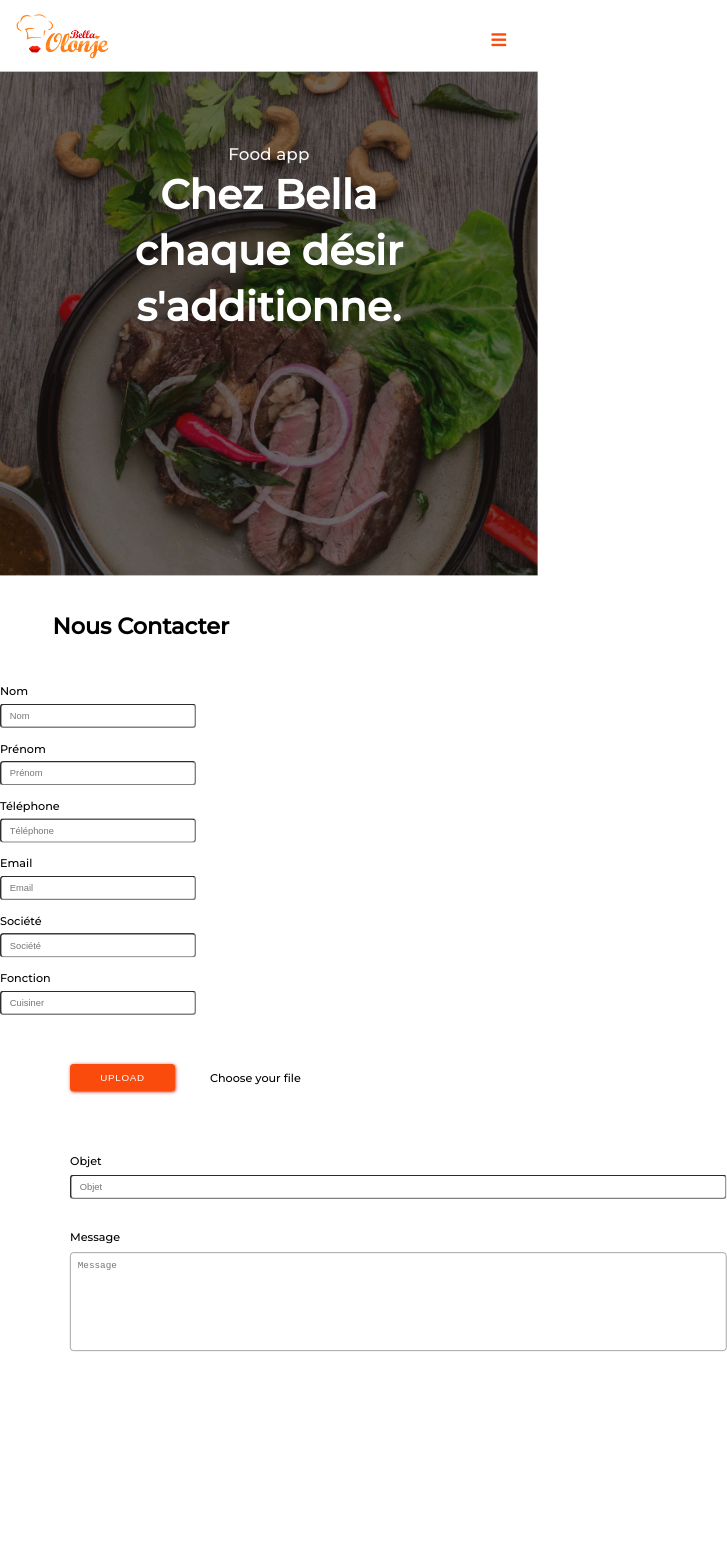
Repository: sisilass31/bella-olonje
Page: html/contact.html
The author's editor kept a copy of each file at every save. The page is drawn from the files as they stood at one save, then again after a run of saves.
The browser window is 768 px wide. The page is 1038 px wide, so the pictures cover 1038 px, including what lies to the right of the window. The pictures show the part of the page from y = 0 to 2240 px (the page is 2603 px tall), at 70% of full size.
Pictures or frames that could not be fetched are drawn as grey boxes. Some web libraries are served in a nearby version.

Above is the page before, as saved 2023-02-15 10:13:56.

### html/contact.html
<!DOCTYPE html>
<html lang="fr">

<head>
    <meta charset="UTF-8">
    <meta http-equiv="X-UA-Compatible" content="IE=edge">
    <meta name="viewport" content="width=device-width, initial-scale=1.0">
    <link rel="stylesheet" href="https://pro.fontawesome.com/releases/v5.10.0/css/all.css">
    <script src="https://www.google.com/recaptcha/api.js" async defer></script>
    <link rel="stylesheet" href="../css/contact.css">
    <title>Contact</title>
</head>

<body>
    <header>
        <nav>
            <ul class='nav-bar'>
                <li class='logo'><a href='#'><img src="../img/logo.png"alt="jsp"></a></li>
                <div><input type='checkbox' id="check"></div>
                <span class="menu">
                  <li><a href="acceuil.html" class="nav-link">Home</a></li>
                  <li><a href="#pizza" class="nav-link">Pizzas</a></li>
                  <li><a href="#burger" class="nav-link">Burgers</a></li>
                  <li><a href="#salades" class="nav-link">Salades</a></li>
                  <li><a href="index3.html" class="nav-link">Contact</a></li>
                  <label for="check" class="close-menu"><i class="fas fa-times"></i></label>
                </span>
                <label for="check" class="open-menu"><i class="fas fa-bars"></i></label>
            </ul>
        </nav>
        <div class="food_app">
            <div class="title_food_app">
                <h3>Food app</h3>
                <strong>Chez Bella <br>chaque désir s'additionne.</strong>
            </div>
        </div>
    </header>
    <main>
        <div class="infos" id="form-infos">
            <form>
              <h1>Nous Contacter</h1>

                <div class="grp_infos">
                    <div class="nom_prenom">
                        <div class="label1">
                            <label class="label_nom">Nom</label><br>
                            <input type="text" placeholder="Nom">
                        </div>
                        <div class="label1">
                            <label class="label_nom">Prénom</label><br>
                            <input type="text" placeholder="Prénom">
                        </div>
                    </div>
                </div>

                <div class="telephone_email">
                  <div class="label1">
                    <label class="label_nom">Téléphone</label><br>
                    <input type="text" placeholder="Téléphone">
                  </div>
                  <div class="label1">
                    <label class="label_nom">Email</label><br>
                    <input type="text" placeholder="Email">
                  </div>
                </div>

                <div class="société_fonction">
                    <div class="label1">
                      <label class="label_nom">Société</label><br>
                      <input type="text" placeholder="Société">
                    </div>
                    <div class="label1">
                      <label class="label_nom">Fonction</label><br>
                      <input type="text" placeholder="Cuisiner">
                    </div>
                </div>


                <div class="chose">
                    <div class="div_button">
                        <button class="button" type="button">UPLOAD</button>
                        <p>Choose your file</p>
                    </div>
                </div>

                <div>
                    <div class="g-recaptcha" data-sitekey="6Lc_nVgkAAAAANUqv4ltSxulUPFWVLdaBJeZfWuV"></div>
                </div>

                <div class="grp_choose">
                    <div class="choose_message">
                        <div class="label_choose">
                            <label>Objet</label><br>
                            <input type="text" placeholder="Objet">
                        </div>
                        <div class="label_message">
                            <label>Message</label><br>
                            <textarea placeholder="Message"></textarea>
                        </div>
                    </div>
                </div>
                <div class="map">
                    <iframe
                        src="https://www.google.com/maps/embed?pb=!1m14!1m8!1m3!1d6802.520331314847!2d2.4286389989125756!3d48.78576307783899!3m2!1i1024!2i768!4f13.1!3m3!1m2!1s0x47e67344bd2d57f1%3A0x2a84a845271b523a!2sAFPA!5e0!3m2!1sfr!2sfr!4v1674599977215!5m2!1sfr!2sfr"
                        width="800" height="400" style="border: 1px;;" allowfullscreen="" loading="lazy"
                        referrerpolicy="no-referrer-when-downgrade">
                    </iframe>
                </div>

                <div class="div_button2"><button class="button2" type="button">Envoyer</button></div>
            </form>
        </div>

    </main>
</body>

### css/contact.css
@import url('https://fonts.googleapis.com/css2?family=Montserrat:wght@100;200;500&display=swap');

* {
    margin: 0px;
    padding: 0px;
    scroll-behavior: smooth;
    box-sizing: border-box;
}

html,
body {
    font-family: Montserrat, sans-serif;
    background-size: cover;
    background-position: center;
    height: 100vh;
    background-repeat: no-repeat;
    scroll-behavior: smooth;
}

/*navbar*/
.nav-bar {
    width: 100%;
    display: flex;
    justify-content: space-between;
    align-items: center;
    list-style: none;
    position: relative;
    background-color: #FFF;
    padding: 12px 20px;
}

.logo img {
    width: 150px;
}

.menu {
    display: flex;
}

.menu li {
    padding-left: 30px;
    padding-right: 55px;
}

.menu li a {
    display: inline-block;
    text-decoration: none;
    color: #333;
    text-align: center;
    position: relative;
}

.menu li a:hover {
    color: #FA4A0C;
}

.open-menu {
    position: absolute;
    color: #FA4A0C;
    cursor: pointer;
    font-size: 1.5rem;
    display: none;
}

.close-menu {
    position: absolute;
    color: #333;
    cursor: pointer;
    font-size: 1.5rem;
    display: none;
    padding: 10px;
}

.open-menu {
    top: 50%;
    right: 20px;
    transform: translateY(-50%);
}

.close-menu {
    top: 20px;
    right: 20px;
}

#check {
    display: none;
}

@media(max-width: 920px) {
    .menu {
        flex-direction: column;
        align-items: center;
        width: 60%;
        height: 100vh;
        position: fixed;
        top: 0;
        right: -100%;
        z-index: 100;
        background-color: rgb(152, 152, 152);
        ;
        transition: all 0.2s ease-in-out;
        padding-top: 100px;
    }

    .menu li {
        margin-top: 40px;
    }

    .menu li a {
        padding: 10px;
        color: #FFF;
    }

    .open-menu {
        display: block;
        padding-right: 25px;
        padding-top: 13px;
    }

    .close-menu {
        display: block;
        color: #FFF;
        padding-right: 25px;
        padding-top: 22px;
    }

    #check:checked~.menu {
        right: 0;
    }

    .menu li a:hover {
        color: #333;
    }

    .nav-link {
        font-family: Montserrat;
        letter-spacing: .8px;
    }
}

/*navbar*/
/*food_app*/
.title_food_app {
    padding-top: 50px;
}

.food_app {
    background-image: url(../img/food_app.png);
    min-height: 90vh;
    background-repeat: no-repeat;
    background-position: center;
    background-size: cover;
}

.title_food_app h3 {
    font-family: 'Montserrat';
    font-style: normal;
    font-weight: 550;
    font-size: 24px;
    line-height: 36px;
    text-align: center;
    letter-spacing: 0.1px;
    color: #F7F7F7;
    padding-top: 50px;
}

.title_food_app {

    font-family: Montserrat;
    font-style: normal;
    font-weight: 600;
    font-size: 58px;
    line-height: 80px;
    text-align: center;
    letter-spacing: 0.2px;
    color: #FFFFFF;
}

.title_pizza {
    display: flex;
    justify-content: center;
    color: #000000;
}

/*food_app*/

/*contact*/

.label1 {
    padding-right: 200px;
    padding-left: 100px;
}

.label1 input {
    width: 280px;
    height: 35px;
    margin-bottom: 20px;
    margin-top: 8px;
    padding: 5px 12px;
    color: grey;
    border-radius: 5px;
    border-color: gray;
}

/*upload*/
.chose {
    display: flex;
}

.grp_choose {
    padding-left: 100px;
}

.label_choose input {
    width: 938px;
    height: 35px;
    margin-bottom: 20px;
    margin-top: 10px;
    padding: 5px 12px;
    color: grey;
    border-radius: 5px;
    border-color: gray;
}

.label_message {
    padding-top: 25px;
}

textarea {
    width: 938px;
    height: 141px;
    margin-bottom: 20px;
    color: grey;
    border-color: gray;
    margin-top: 12px;
    padding: 10px 10px 80px;
    outline: none;
    border-radius: 5px;
    resize: none;
}

/*upload*/

.infos h1 {
    padding: 52px 0px 65px 75px;
}

/*contact*/
.nom_prenom {
    display: flex;
    justify-content: space-around;
    padding-right: 200px;
    padding-bottom: 28px;
}

.telephone_email {
    display: flex;
    justify-content: space-around;
    padding-right: 200px;
    padding-bottom: 28px;
}

.société_fonction {
    display: flex;
    justify-content: space-around;
    padding-right: 200px;
    padding-bottom: 28px;
}

.div_button {
    padding: 50px 0px 35px 100px;
    display: flex;
}

.div_button2 {
    padding: 50px 490px 50px 0px;
    display: flex;
    justify-content: flex-end;
}

.button {
    letter-spacing: 1px;
    font-size: 14px;
}

.button2 {
    letter-spacing: 1px;
    font-size: 16px;
}

.g-recaptcha {
    padding: 0px 0px 55px 100px;
}

.div_button p {
    padding-left: 50px;
    padding-top: 10px;
}

.div_button button {
    border: 0;
    line-height: 2.8;
    width: 150px;
    padding: 0 18px;
    font-size: 14px;
    text-align: center;
    color: #fff;
    border-radius: 5px;
    background-color: #FA4A0C;
    box-shadow: 1px 1px 5px #B73227;
}

.div_button2 button {
    border: 0;
    line-height: 2.5;
    width: 150px;
    padding: 0 18px;
    font-size: 18px;
    text-align: center;
    color: #fff;
    border-radius: 20px;
    background-color: #FA4A0C;
    box-shadow: 1px 1px 5px #B73227;
}


/*contact*/

.choose {
    padding-left: 50px;
    padding-bottom: 38px;
    display: flex;
}

.message {
    padding-left: 50px;
    padding-bottom: 55px;
    display: flex;
}

/*map*/
.map {
    padding: 50px 0px 50px 100px;
}

/*map*/

/*responsive*/
/* Mobile */
@media (max-width:767px) {}

/* Ipad Mini to ipad */
@media screen and (min-width:768px) and (max-width:991px) {
    .infos h1 {
        padding: 52px 0px 65px 75px;
    }

    .nom_prenom {
        padding:0;
        flex-direction: column;
    }

    .label1 {
        padding:0;
    }

    .telephone_email {
        padding:0;
        flex-direction: column;
    }

    .société_fonction {
        padding:0;
        flex-direction: column;
    }

}

After the next 5 saves:
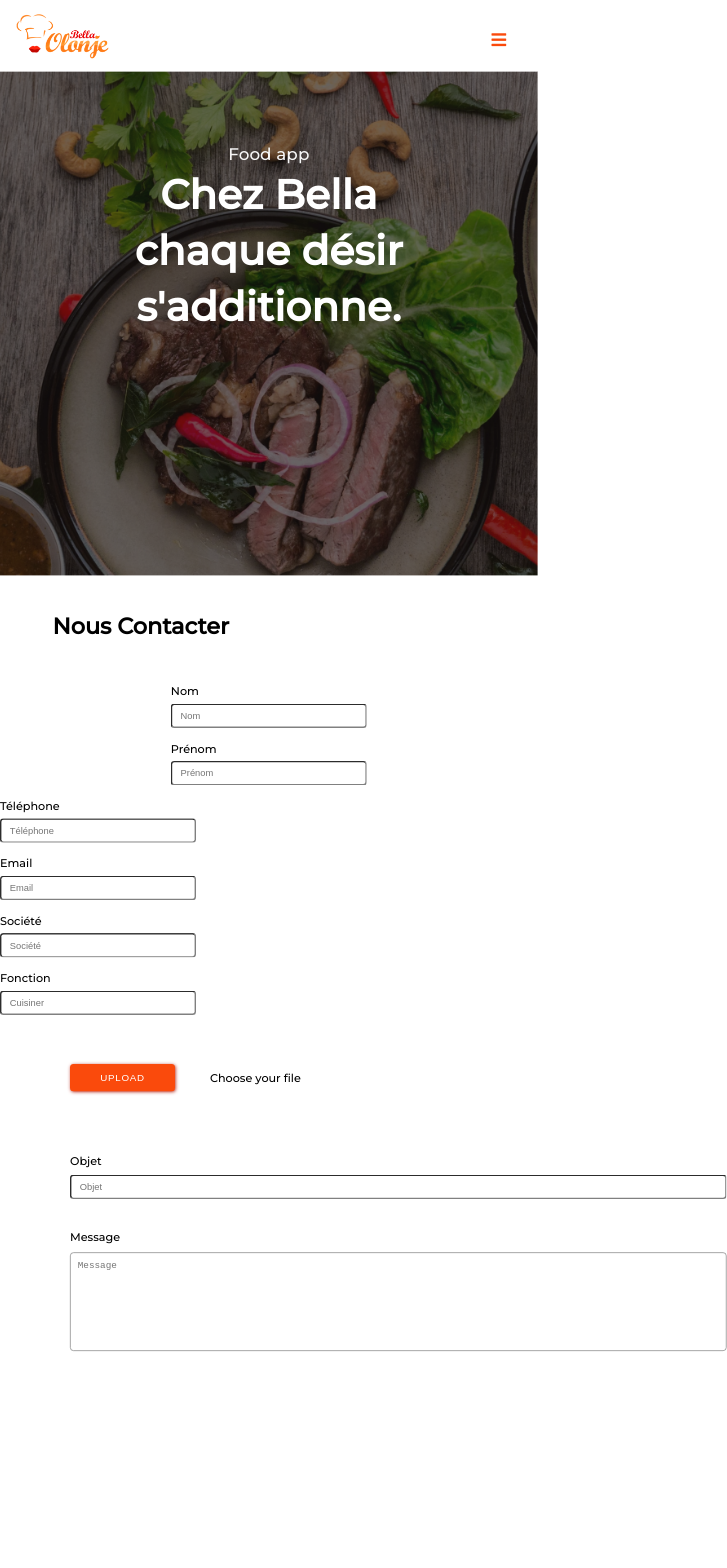
The 5 saves are shown as one change because they came seconds apart.
The last was saved 15 s later.
--- a/css/contact.css
+++ b/css/contact.css
@@ -356,22 +356,27 @@ textarea {
     }
 
     .nom_prenom {
-        padding:0;
+        padding: 0;
         flex-direction: column;
     }
 
     .label1 {
-        padding:0;
+        padding: 0;
     }
 
     .telephone_email {
-        padding:0;
+        padding: 0;
         flex-direction: column;
     }
 
     .société_fonction {
-        padding:0;
+        padding: 0;
         flex-direction: column;
     }
 
-}
+    .grp_infos {
+        display: flex;
+        justify-content: center;
+
+    }
+}
